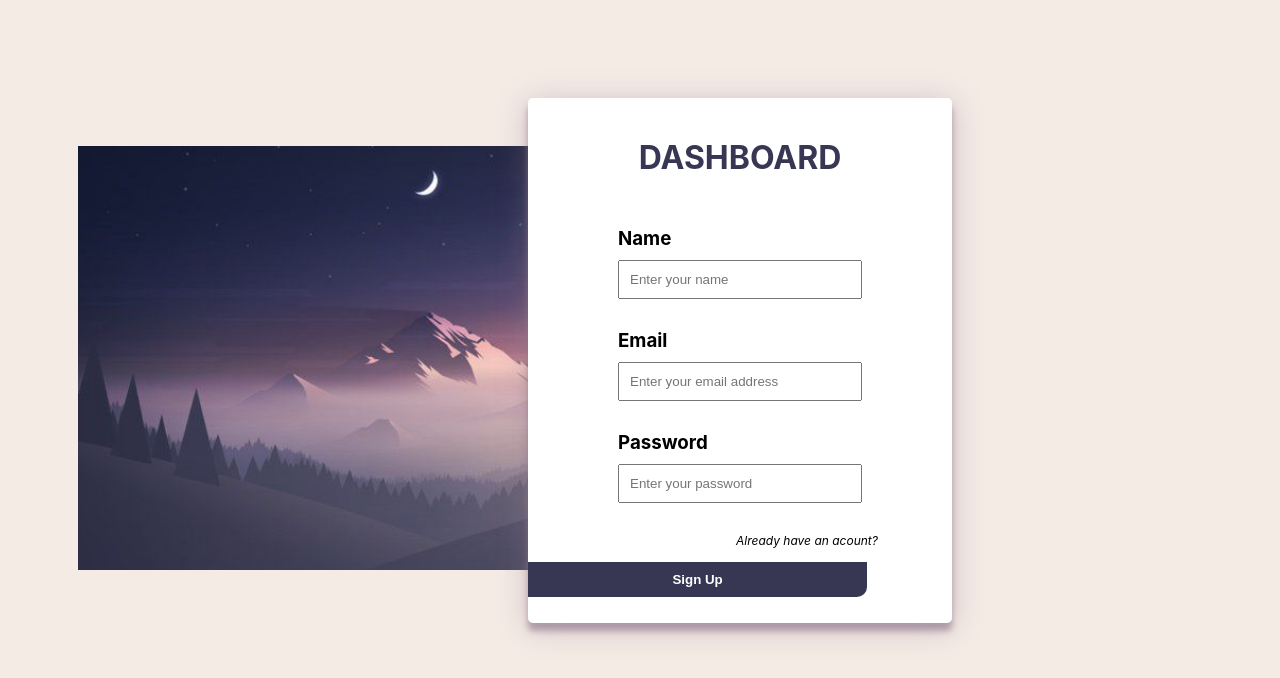
Repository: syni18/internshala-project
Page: /, after clicking the first element matching `p`
The author's editor kept a copy of each file at every save. The page is drawn from the files as they stood at one save, then again after a run of saves.
The browser window is 1280 px wide. The pictures show the whole page.
The project was rebuilt for these pictures with package versions that can differ from the ones it lists, and the page was loaded fresh each time. Also part of the build but not shown: src/dashboard/sidebar.css, src/dashboard/Sidebar.jsx, src/home/home.css, src/home/Home.jsx, src/profile/profile.css, src/profile/Profile.jsx, src/todocal/TodoList.jsx, src/todocal/Todo.jsx and 3 more.

Above is the page before, as saved 2022-08-30 16:23:50.

### src/StateProvider.jsx
import { createContext, useContext, useState, useEffect } from "react";
import {
  signInWithEmailAndPassword,
  createUserWithEmailAndPassword,
  onAuthStateChanged,
  signOut,
  updateProfile,
  sendPasswordResetEmail,
} from "firebase/auth";
import { auth } from "./firebaseconfig";

export const UserContext = createContext({});

export const useUserContext = () => {
  return useContext(UserContext);
};

export const UserContextProvider = ({ children }) => {
  const [user, setUser] = useState(null);
  const [loading, setLoading] = useState(false);
  const [error, setError] = useState("");

  useEffect(() => {

    setLoading(true);
    const unsubscribe = onAuthStateChanged(auth, (res) => {
      if (res) {
        setUser(res);
      } else {
        setUser(null);
      }
      setError("");
      setLoading(false);
    });
    return unsubscribe;
  }, []);

  const registerUser = (email, password, name) => {
    setLoading(true);
    createUserWithEmailAndPassword(auth, email, password)
      .then(() =>
        updateProfile(auth.currentUser, {
          displayName: name,
        })
      )
      .then((res) => console.log(res))
      .catch((err) => setError(err.message))
      .finally(() => setLoading(false));
  };

  const signInUser = (email, password) => {
    setLoading(true);
    signInWithEmailAndPassword(auth, email, password)
      .then((res) => console.log(res))
      .catch((err) => setError(err.code))
      .finally(() => setLoading(false));
  };

  const logoutUser = () => {
    signOut(auth);
  };

  const forgotPassword = (email) => {
    return sendPasswordResetEmail(auth, email);
  };

  const contextValue = {
    user,
    loading,
    error,
    signInUser,
    registerUser,
    logoutUser,
    forgotPassword,
  };
  return (
    <UserContext.Provider value={contextValue}>{children}</UserContext.Provider>
  );
};

### src/login/Login.jsx
import React, { useRef } from "react";
import { useUserContext } from "../StateProvider";
import bgwall from '../images/bgwall.jpg'
import "./login.css";

function Login() {

  const emailRef = useRef();
  const psdRef = useRef();
  const { registerUser } = useUserContext();
  const { signInUser,  } = useUserContext();


  const onSubmit = (e) => {
    e.preventDefault();
    const email = emailRef.current.value;
    const password = psdRef.current.value;
    if (email && password) {
      registerUser(email, password);
    }
  };

  const onSignin = (e) => {
    e.preventDefault();
    const email = emailRef.current.value;
    const password = psdRef.current.value;
    if (email && password) {
      signInUser(email, password)
    };
  };


  return (
    <div className="login">
      <div className="login_img">
        <img src={bgwall} alt="" />
      </div>
      <div className="login_container">
        <h1>DASHBOARD</h1>
        <form onSubmit={onSubmit}>
          <h3>Email</h3>
          <input
            type="email"
            ref={emailRef}
            placeholder="Enter your email address"
          />
          <h3>Password</h3>
          <input
            type="password"
            ref={psdRef}
            placeholder="Enter your password"
          />

          <button onClick={onSignin}>Login</button>
          {/* <button class="btn" onClick={onSubmit}>Sign Up</button> */}
        </form>
      </div>
    </div>
  );
}

export default Login

### src/login/SignUp.jsx
import React, { useRef } from "react";
import { useNavigate } from "react-router-dom";
import { useUserContext } from "../StateProvider";
import bgwall from "../images/bgwall.jpg";
import "./login.css";

function SignUp() {
  const navigate = useNavigate();
  const emailRef = useRef();
  const nameRef = useRef();
  const psdRef = useRef();
  const { registerUser } = useUserContext();



  const onSubmit = (e) => {
    e.preventDefault();
    const name = nameRef.current.value;
    const email = emailRef.current.value;
    const password = psdRef.current.value;
    if (email && password && name) {
      registerUser(email, password, name);
      navigate("/");
    }
  };


  return (
    <div className="login">
      <div className="login_img">
        <img src={bgwall} alt="" />
      </div>
      <div className="login_container">
        <h1>DASHBOARD</h1>
        <form onSubmit={onSubmit}>
          <h3>Name</h3>
          <input placeholder="Enter your name" type="name" ref={nameRef} />
          <h3>Email</h3>
          <input
            type="email"
            ref={emailRef}
            placeholder="Enter your email address"
          />
          <h3>Password</h3>
          <input
            type="password"
            ref={psdRef}
            placeholder="Enter your password"
          />

          <button class="btn" onClick={onSubmit}>
            Sign Up
          </button>
        </form>
      </div>
    </div>
  );
}

export default SignUp;

### src/login/Auth.jsx
import React, { useState } from "react";
import Login from "./Login";
import SignUp from "./SignUp";
import './auth.css'
const Auth = () => {
  const [index, setIndex] = useState(false);
  const toggleIndex = () => {
    setIndex((prevState) => !prevState);
  };
  return (
    <div className="container">
      {!index ? <Login /> : <SignUp />}
      <p onClick={toggleIndex}>
        {!index ? "New user? Click here " : "Already have an acount?"}
      </p>
    </div>
  );
};

export default Auth;

### src/firebaseconfig.jsx
// import firebase from './firebase'
import {initializeApp} from 'firebase/app'
import {getAuth} from 'firebase/auth'


const firebaseConfig = {
  apiKey: "AIzaSyDVNoV1MkQllHisnoMCIAddM7Hvozm_pHI",
  authDomain: "internshala-project-b7454.firebaseapp.com",
  projectId: "internshala-project-b7454",
  storageBucket: "internshala-project-b7454.appspot.com",
  messagingSenderId: "542399112034",
  appId: "1:542399112034:web:14aea6166a26dbb89c823b",
  measurementId: "G-8Q498T4H87",
};

const app = initializeApp(firebaseConfig);


export const auth = getAuth(app);
export default app;

### src/login/login.css
.login {
    background-color: #F4EBE5;
    height: 100vh;
    width: 100vw;
    display: flex;
    justify-content: center;
    align-items: center;
}

.login_img img {
    width: 700px;
    /* border-radius: 100px; */
    transform: rotate(360deg)

}

.login_container {
    /* border: 3px solid rgb(56, 55, 83); */
    /* border-left: none; */
    position: relative;
    right: 250px;
    padding:90px;
    text-align: center;
    background-color: #fff;
    border-radius: 5px;
    box-shadow: 0 8px 6px rgb(143, 118, 140,0.6),
        0 5px 30px rgb(143, 118, 140,0.4);
}
.login_container h1 {
    display: flex;
    margin-top: -50px;
    margin-bottom: 50px;
    color: rgb(56, 55, 83);
    align-items: center;
    justify-content: center;
}
.login_container .btn{
    position: absolute;
    bottom: 4.8%;
    left: 0;
    width: 80%;
    padding: 10px 0;
    /* border-top-right-radius: 30px; */
    border-bottom-right-radius: 10px;
    cursor: pointer;
}
.login_container form {
    display: flex;
    flex-direction: column;
}
.login_container form h3 {
    text-align: left;
    margin-bottom: 10px;
}
.login_container  input {
    padding: 10px 10px;
    margin-bottom: 30px;
    outline: none;
    width: 220px;
}
.login_container button {
        background-color: rgb(56, 55, 83);
        color: white;
        border: none;
        padding: 8px 20px;
        width: max-content;
        font-weight: 600;
}

### src/todocal/todo.css
.dashboard_body {
    background-image: url("../images/dashboardSidebar.jpg");
        background-position:right;
        background-repeat: no-repeat;
        background-size:78%;
        overflow: scroll;

        /* border-bottom-right-radius: 10px; */
}

::-webkit-scrollbar {
    width: 20px;
}
::-webkit-scrollbar-thumb{
    display: none;
}
.forTodo h1 {
    margin: 20px 10px;
    display: flex;
    justify-content: space-between;
    align-items: center;
    position: sticky;
    top: 5%;
}
.todo_container {
    margin-top: 30px;
    display: flex;
    justify-content: flex-start;
    align-items: center;
    position: sticky;
    top: 17%;
    background: #fff;
}
.todo_container input {
    padding: 10px;
    width: 30%;
    outline: none;
    border: none;
    border-bottom: 2px solid salmon;
}
.todo_container  .MuiSvgIcon-root {
    color: #93c0be;
}
.todo_container .MuiSvgIcon-root:hover {
    color: rgb(110, 181, 5);
    transform: rotate(120deg);
}
.todo_list {
    margin-top: 15px;
    margin-left: 20px;
    font-size: 20px;


}
.todo_list ol {
    list-style: none;
    position: fixed;
    max-height: 380px;
    overflow: scroll;

}
.todo_list ol li {
    display: flex;
    justify-content: flex-start;
    align-items: center;
    font-weight: 300;
}
.todo_list ol li .MuiSvgIcon-root{
    padding-right: 20px;
    font-size: 30px;
}
.todo_list ol li .MuiSvgIcon-root:hover{
    color: rgb(248, 28, 28);
}

### src/login/auth.css
.container > p {
    position: absolute;
    top: 74%;
    left: 57.5%;
    font-size: 12px;
    font-style: italic;
    cursor: pointer;
}

Loaded but not shown: public/index.html (common file); src/index.js (common file); src/index.css (common file); src/App.js (common file); src/App.css (common file)

After the next 2 saves:
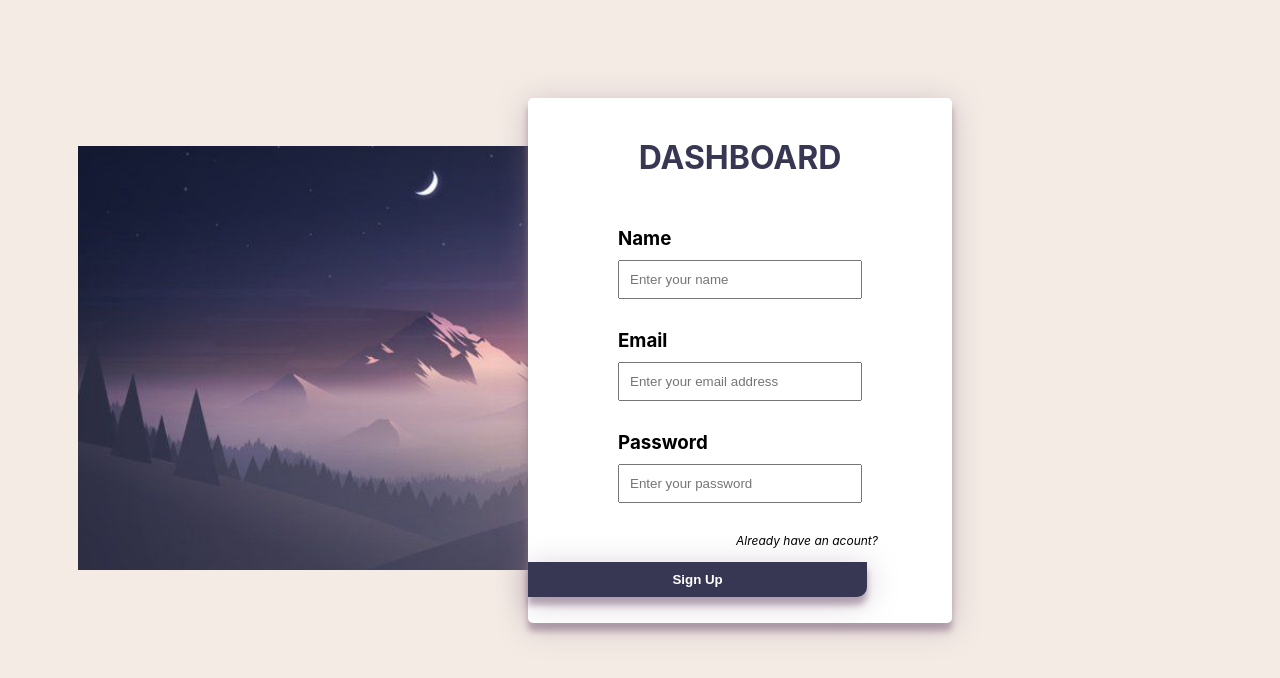
The 2 saves are shown as one change because they came seconds apart.
The last was saved 17 s later.
--- a/src/login/login.css
+++ b/src/login/login.css
@@ -42,6 +42,8 @@
     padding: 10px 0;
     /* border-top-right-radius: 30px; */
     border-bottom-right-radius: 10px;
+    box-shadow: 0 8px 6px rgb(143, 118, 140, 0.6),
+            0 5px 30px rgb(143, 118, 140, 0.4);
     cursor: pointer;
 }
 .login_container form {
